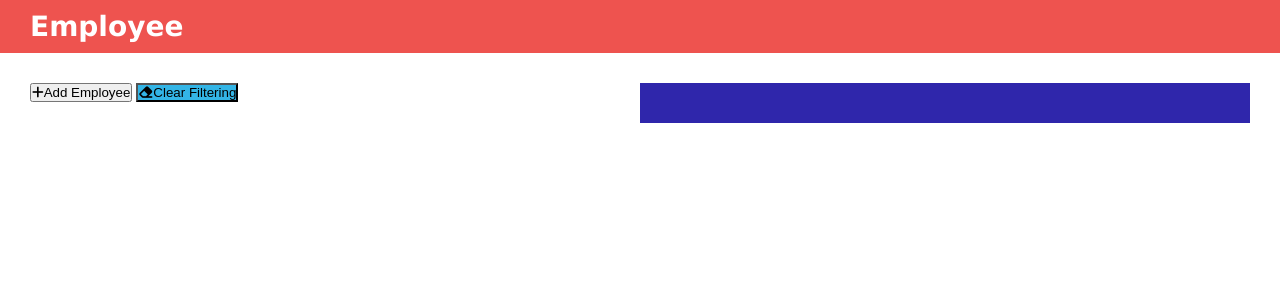
Repository: shivaniwankar21/employe_Registration
Page: index.html
An editor plug-in stored every save of this project. The page is shown before and after the next save, followed by the edit.
The browser window is 1280 px wide. The pictures show the whole page.

Above is the page before, as saved 2024-03-06 15:52:18.

After the next save:
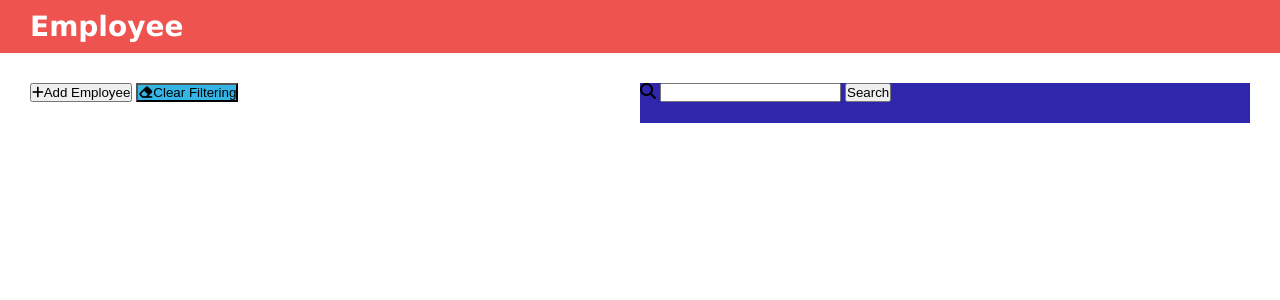
Saved 2 min 42 s later.
--- a/index.html
+++ b/index.html
@@ -20,7 +20,11 @@
       <button><i class="fa fa-plus"></i>Add Employee</button>
       <button style="background-color: #33B5E6;"><i class="fa fa-eraser"></i>Clear Filtering</button>
     </div>
-    <div class="right-box"></div>
+    <div class="right-box">
+      <i class="fa fa-search"></i>
+      <input type="text" id="empId">
+      <button>Search</button>
+    </div>
   </div>
   <script type="module" src="script.js"></script>
 </body>
